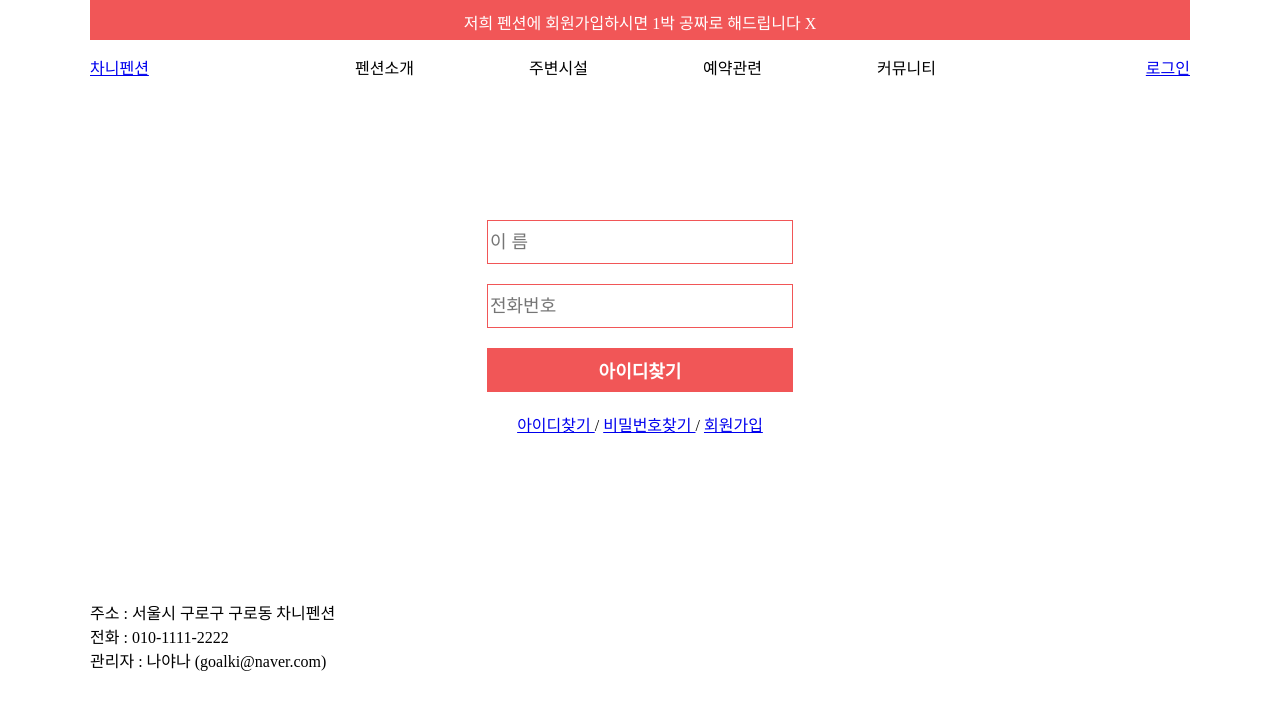
Repository: goalki/pension
Page: http://localhost/pension/login/userid_search.jsp
These files come from the project's save history. The page is drawn as it stood at one moment and after the next save; the edit follows.
The browser window is 1280 px wide. The pictures show the whole page.
The page is served by Tomcat 9. Other server files are loaded and not shown.

Above is the page before, as saved 2021-01-18 05:15:05.

### pension/WebContent/login/userid_search.jsp
<%@ page language="java" contentType="text/html; charset=UTF-8"
    pageEncoding="UTF-8"%>
<%@ include file="../top.jsp" %>
<%@ taglib prefix="c" uri="http://java.sun.com/jsp/jstl/core" %>

 <style>
  #section {
    width:1100px;
    height:400px;
    margin:auto;
    text-align:center;
  }
  #form {
    width:400px;
    height:300px;
    margin:auto;
    margin-top:100px;
  }
  #form input{
    width:300px;
    height:40px;
    border:1px solid #f15657;
    margin-top:20px;
    font-size:18px;
  }
  #form input[type=submit] {
    width:306px;
    height:44px;
    background:#f15657;
    color:white;
    font-weight:900;
  }
 </style>
 <%
    String chk=request.getParameter("chk");
    pageContext.setAttribute("chk", chk);
 %>
 <div id="section">
  <div id="form">
   <form method="post" action="userid_search_ok.jsp">
    <div id="userid"> <input type="text" name="name" placeholder="이 름" autocomplete="off"> </div>
    <div id="pwd"> <input type="text" name="phone" placeholder="전화번호">
      <c:if test="${chk == 1}">
       <br> <span style="color:red;font-size:12px"> 이름 혹은 전화번호가 틀립니다 </span>
      </c:if>
    </div>
    <div id="submit"> <input type="submit" value="아이디찾기"> </div>
    <div id="etc" style="margin-top:20px"> <a href="userid_search.jsp"> 아이디찾기 </a> / <a href="pwd_search.jsp"> 비밀번호찾기 </a> / <a href="member.jsp"> 회원가입 </a> </div>
   </form>
  </div>
 </div>

<%@ include file="../bottom.jsp" %>

### pension/WebContent/top.jsp
<%@ page language="java" contentType="text/html; charset=UTF-8"
    pageEncoding="UTF-8"%>
<%@ taglib prefix="c" uri="http://java.sun.com/jsp/jstl/core" %>

<!DOCTYPE html>
<html>       <!-- index.jsp -->
<head>
<meta charset="UTF-8">
<title>Insert title here</title>
  <style>
    body {
      margin:0px;
    }
    #first {  /* 광고관련 1층 */
      width:1100px;
      height:30px;
      margin:auto;
      background:#f15657;
      text-align:center;
      padding-top:10px;
      color:white;
    }
    #second {  /* 로고, 메뉴 2층 */
      width:1100px;
      height:60px;
      margin:auto;
    }
    #second #left {
      padding-top:15px;
      width:100px;
      float:left;
    }
    #second #right {
      padding-top:15px;
      width:1000px;
      float:right;
      text-align:right;
    }
    #second #right #menu {
      display:inline-block;
      width:170px;
      height:30px; /* 주메뉴의 높이를 줘야 됩니다 */
      position:relative;
    }
    #second #right #menu:last-child {
      width:250px;
    }
    #second #right #menu .sub {
      position:absolute;
      width:120px;
      left:88px;
      top:10px;
      background:white;
      padding-left:0px;
      visibility:hidden;
      padding-top:10px;

    }
    #second #right #menu .sub li {
      list-style-type:none;
      text-align:center; /* 서브메뉴의 글자 중앙 */
    }


  </style>
    <script src="http://code.jquery.com/jquery-latest.js"></script>
  <script>
    function view_sub(n)
    {
    	document.getElementsByClassName("sub")[n].style.visibility="visible";
    }
    function hide_sub(n)
    {
    	document.getElementsByClassName("sub")[n].style.visibility="hidden";
    }

    $(function()
    {
    	$("#ff").click(function()
    	{
    		$("#first").slideUp();

    	});
    });
  </script>
</head>
<body>
  <div id="first">
     저희 펜션에 회원가입하시면  1박 공짜로 해드립니다
   <span id="ff"  style="cursor:pointer"> X </span>
  </div>
  <div id="second">
     <div id="left"> <a href="../main/index.jsp"> 차니펜션 </a></div>
     <div id="right">
        <span id="menu" onmouseenter="view_sub(0)" onmouseleave="hide_sub(0)"> 펜션소개
        <!-- 부메뉴 -->
           <ul class="sub">
            <li> <a href="../sogae/sogae.jsp"> 우리펜션 </a> </li>
            <li> 오시는길 </li>
           </ul>
        </span>
        <span id="menu" onmouseenter="view_sub(1)" onmouseleave="hide_sub(1)"> 주변시설
        <!-- 부메뉴 -->
           <ul class="sub">
            <li> 만리포 </li>
            <li> 연포</li>
            <li> 채석정 </li>
           </ul>
        </span>
        <span id="menu" onmouseenter="view_sub(2)" onmouseleave="hide_sub(2)"> 예약관련
         <!-- 부메뉴 -->
           <ul class="sub">
            <li>  예약 규정 </a> </li>
            <li> <a href="../reserve/reserve.jsp"> 실시간 예약 </a> </li>
           </ul>
        </span>
        <span id="menu" onmouseenter="view_sub(3)" onmouseleave="hide_sub(3)"> 커뮤니티
        <!-- 부메뉴 -->
           <ul class="sub">
            <li> 여행 후기 </li>
            <li> 자유게시판 </li>
           </ul>
        </span>
        <span id="menu">
          <c:if test="${userid == null}">
           <a href="../login/login.jsp"> 로그인 </a>
          </c:if>
          <c:if test="${userid != null}">
            ${name}님!! <a href="../mypage/mypage.jsp"> 내정보 </a>  <a href="../login/logout.jsp"> 로그아웃 </a>
          </c:if>
        </span>
    </div>
  </div>
  <!-- 여기까지 1층과 2층  top.jsp -->

### pension/WebContent/bottom.jsp
<%@ page language="java" contentType="text/html; charset=UTF-8"
    pageEncoding="UTF-8"%>
 <style>
 #fifth {     /* 펜션소개 5층 */
      width:1100px;
      height:100px;
      margin:auto;
    }
 </style>
<!-- 여기부터 5층 => bottom.jsp -->
  <div id="fifth">
    주소 : 서울시 구로구 구로동 차니펜션 <br>
    전화 : 010-1111-2222 <br>
    관리자 : 나야나  (goalki@naver.com) <br>
  </div>

</body>
</html>

After the next save:
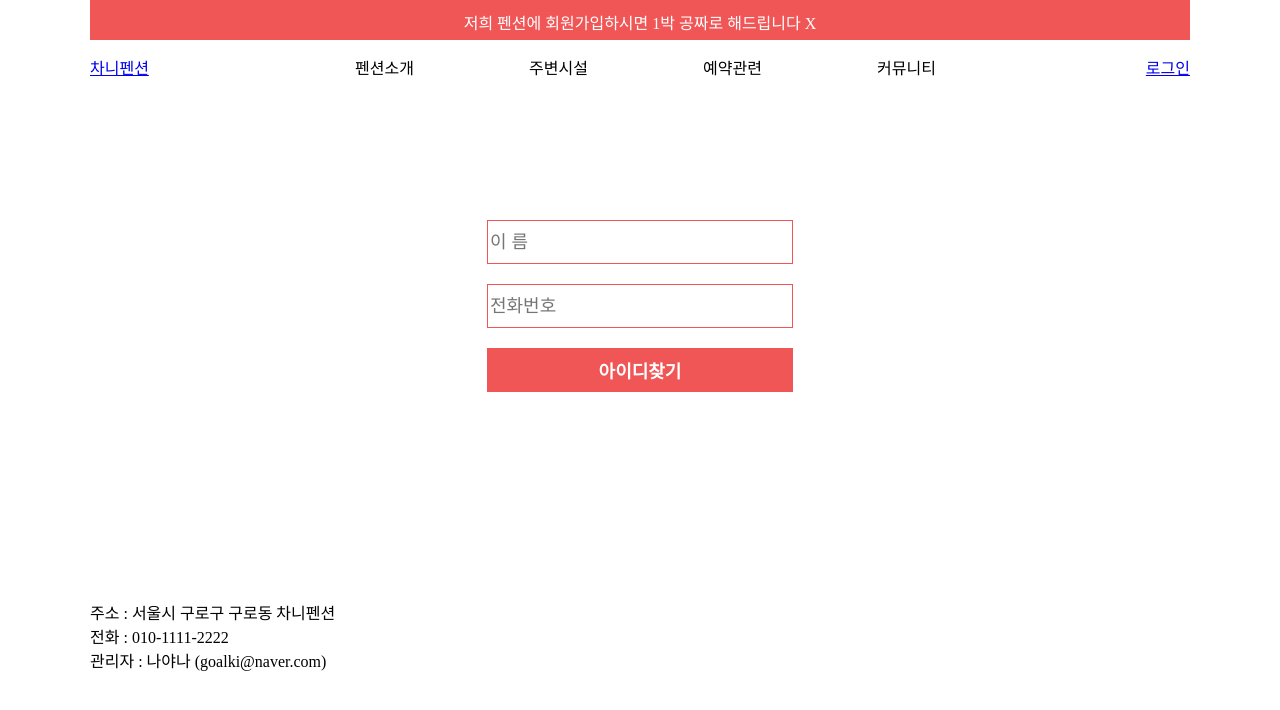
Saved 4 s later.
--- a/pension/WebContent/login/userid_search.jsp
+++ b/pension/WebContent/login/userid_search.jsp
@@ -45,8 +45,7 @@
       </c:if>
     </div>
     <div id="submit"> <input type="submit" value="아이디찾기"> </div>
-    <div id="etc" style="margin-top:20px"> <a href="userid_search.jsp"> 아이디찾기 </a> / <a href="pwd_search.jsp"> 비밀번호찾기 </a> / <a href="member.jsp"> 회원가입 </a> </div>
-   </form>
+      </form>
   </div>
  </div>
 
